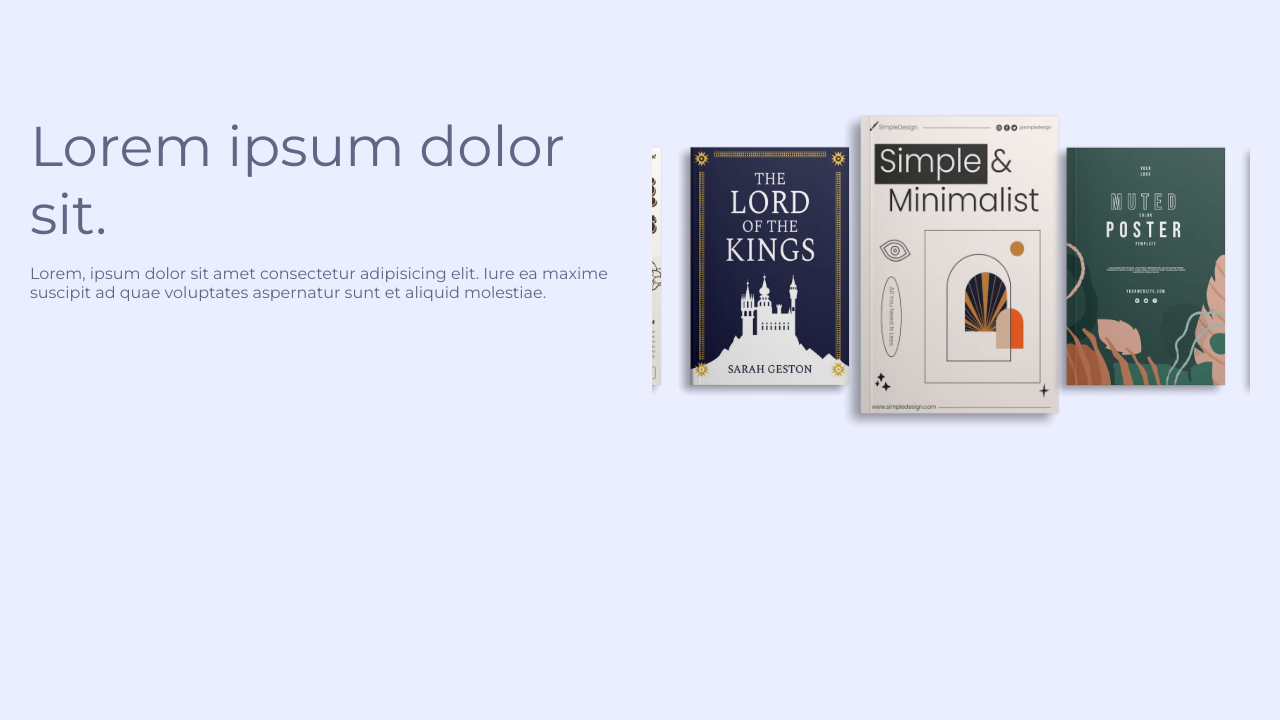
Repository: dinhhaidh/slider-book
Page: index1.html
An editor plug-in stored every save of this project. The page is shown before and after the next save, followed by the edit.
The browser window is 1280 px wide. The pictures show the whole page.
Some web fonts or font styles are not loaded; a fallback is used.

Above is the page before, as saved 2024-01-15 15:38:46.

After the next save:
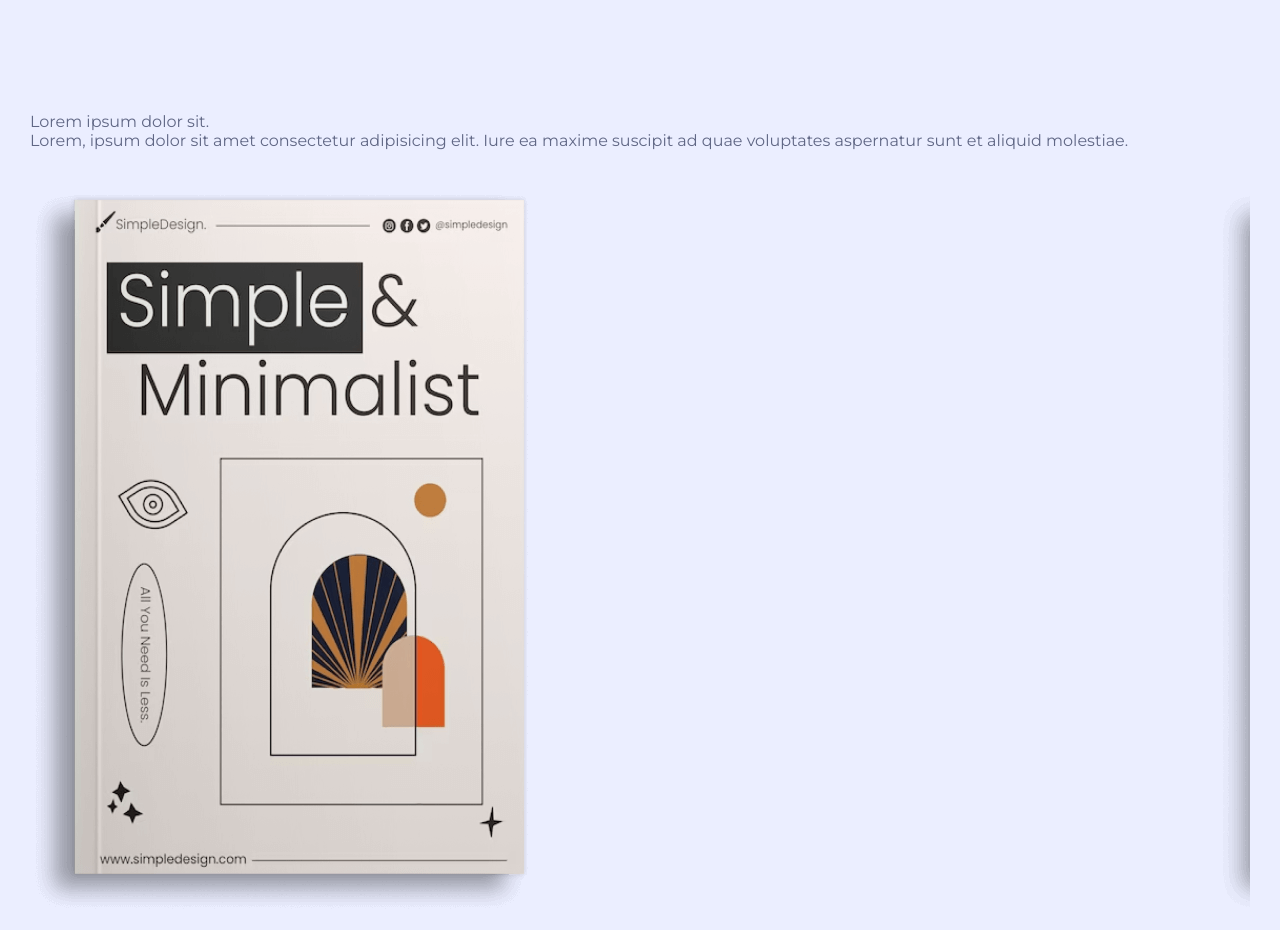
Saved 2 min 47 s later.
--- a/css/style.css
+++ b/css/style.css
@@ -172,7 +172,7 @@ img {
 .home__container{
   padding-top: 2rem;
   row-gap: 2.5rem;
-  grid-template-columns: repeat(auto-fit, minmax(500px, 1fr));
+  grid-template-columns: repeat(auto-fit, minmax(\));
 }
 /* .home__data{
   ;
